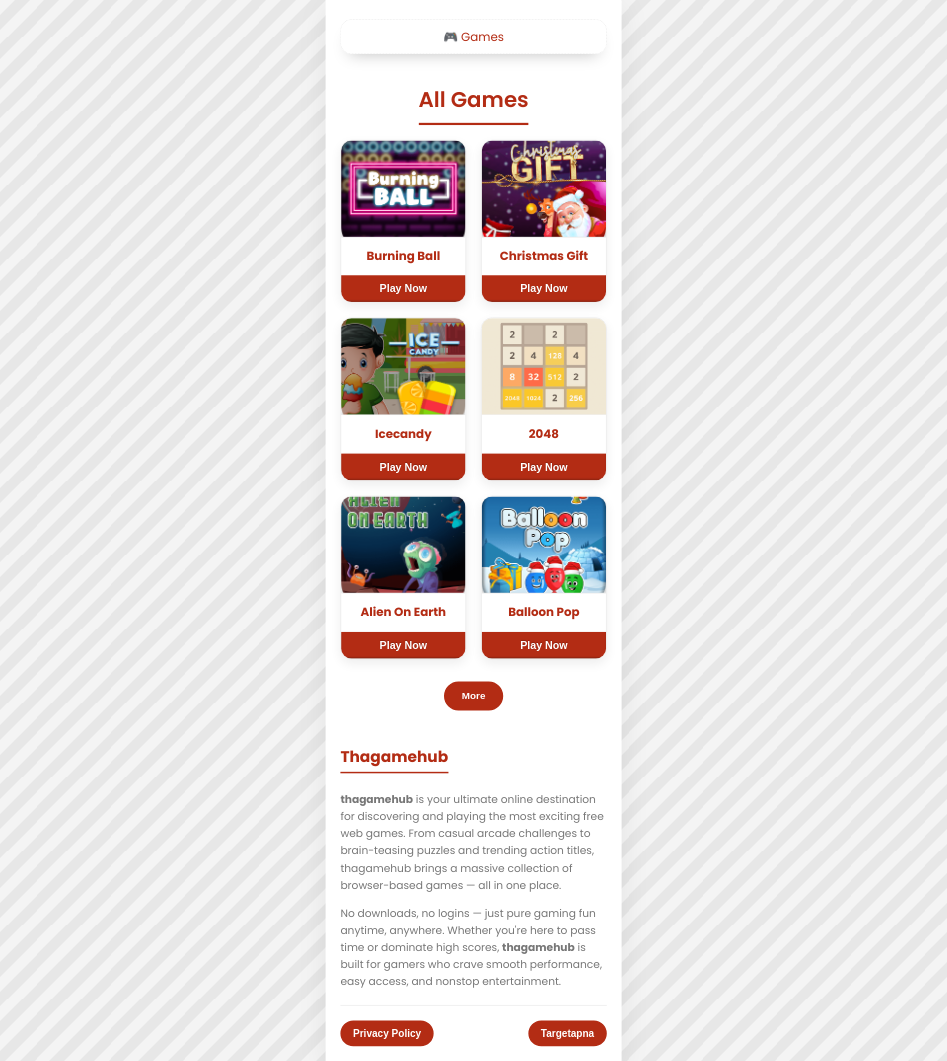
Repository: meenadabhii/game36.indianewjobs.in
Page: game.html
An editor plug-in stored every save of this project. The page is shown before and after the next save, followed by the edit.
The browser window is 1280 px wide. The pictures show the whole page, at 74% of full size.
Backgrounds fixed to the window are drawn as part of the page.

Above is the page before, as saved 2025-09-24 15:31:56.

After the next save:
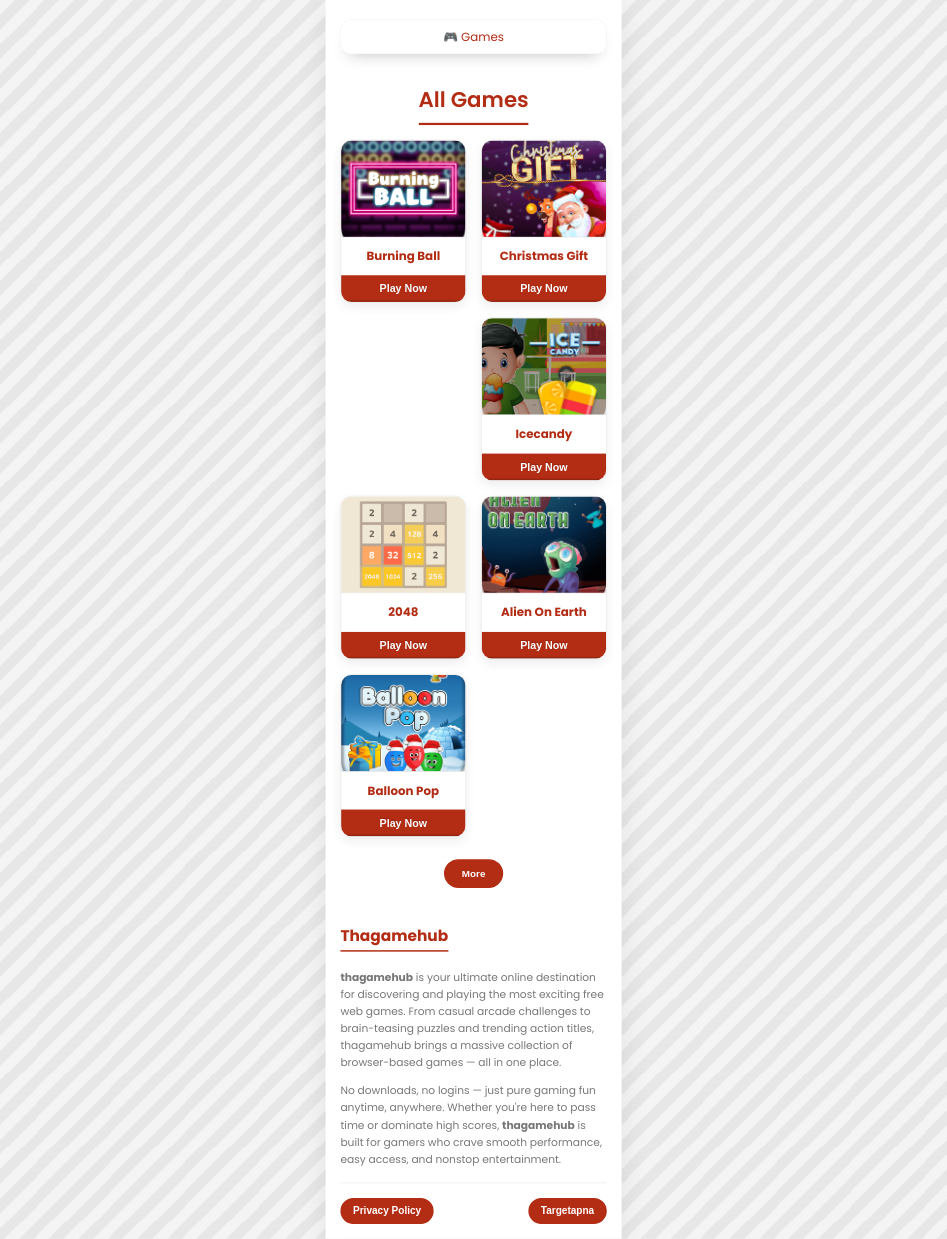
Saved 15 s later.
--- a/game.html
+++ b/game.html
@@ -82,6 +82,18 @@
             </button>
           </div>
 
+          <script async src="https://pagead2.googlesyndication.com/pagead/js/adsbygoogle.js?client=ca-pub-2781325489132361"
+     crossorigin="anonymous"></script>
+<!-- d4 -->
+<ins class="adsbygoogle"
+     style="display:block"
+     data-ad-client="ca-pub-2781325489132361"
+     data-ad-slot="2810929658"
+     data-ad-format="auto"
+     data-full-width-responsive="true"></ins>
+<script>
+     (adsbygoogle = window.adsbygoogle || []).push({});
+</script>
 
           <div class="game-item" data-title="icecandy" data-icon-url="games/icecandy/assets/icecandy.png"
             data-plays="40k" data-game-embed-url="games/icecandy/index.html"
